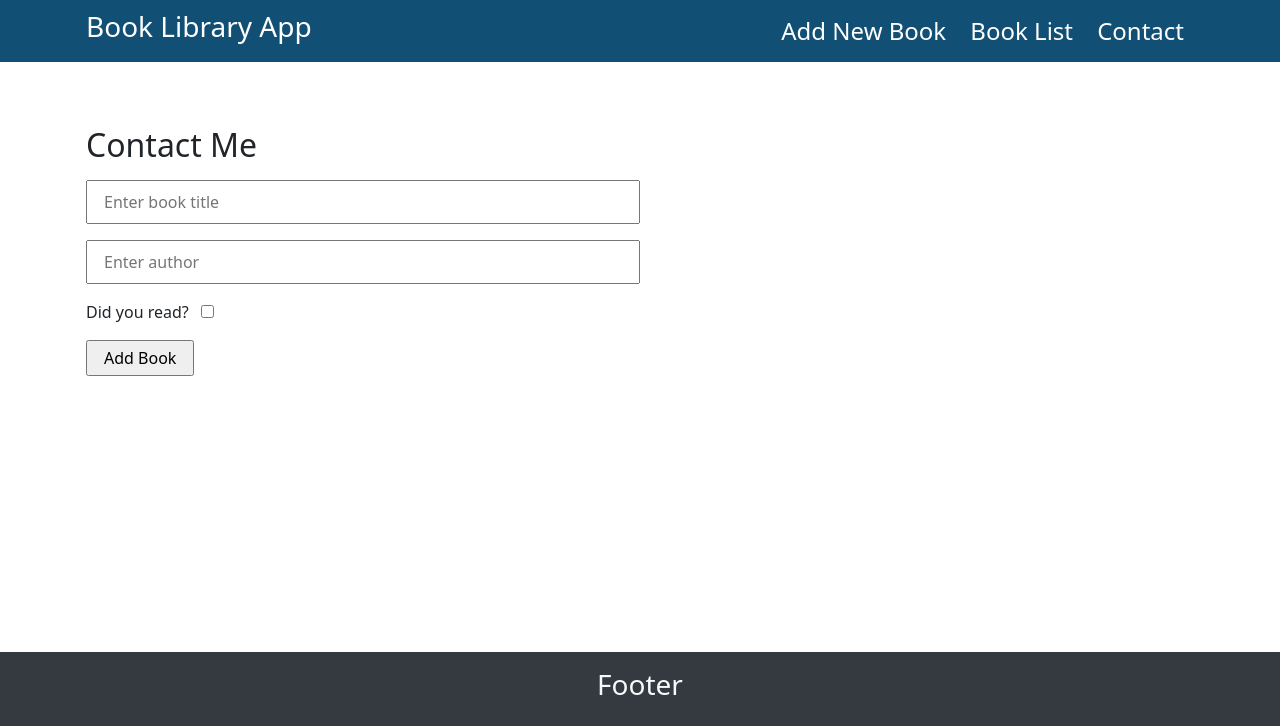
Repository: just-mann/booklibrary-app
Page: http://localhost/contact
These files come from the project's save history. The page is drawn as it stood at one moment and after the next save; the edit follows.
The browser window is 1280 px wide. The pictures show the whole page.
The page is served by the project's Node server (app.js).

Above is the page before, as saved 2021-06-06 04:12:53.

After the next save:
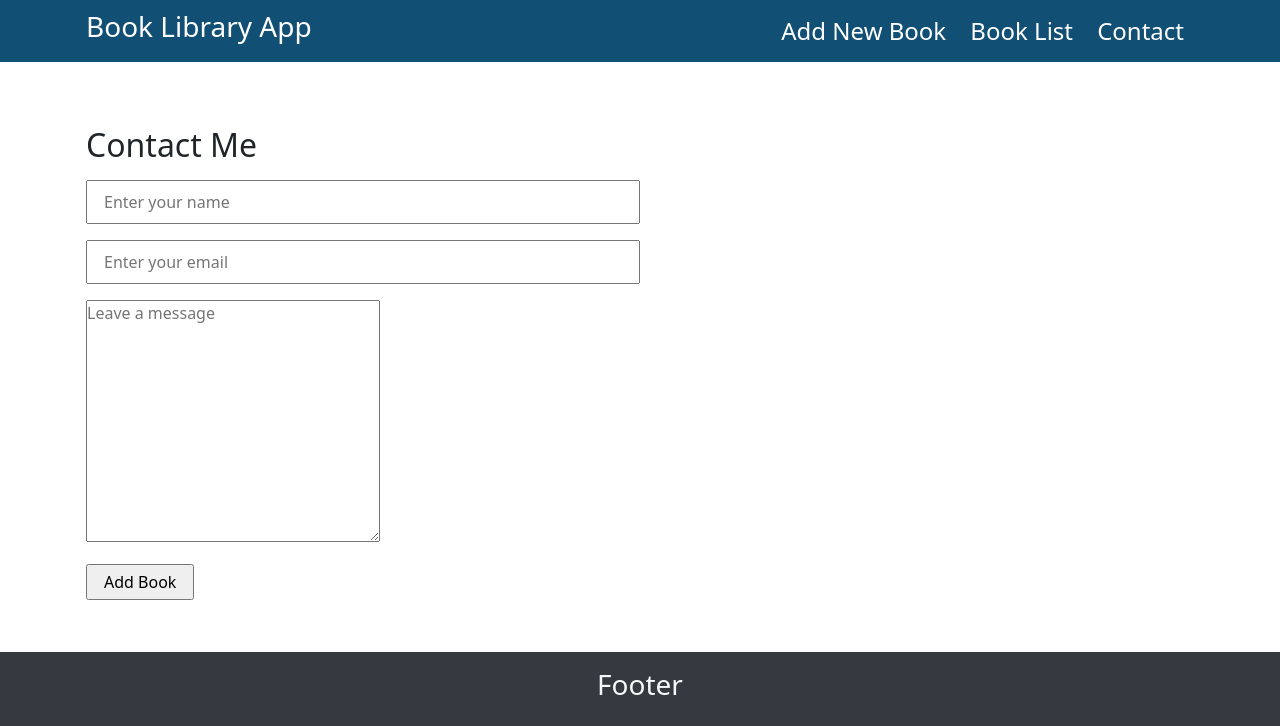
Saved 70 s later.
--- a/views/contact.ejs
+++ b/views/contact.ejs
@@ -8,14 +8,13 @@
             <form class="px-0">
               <h2>Contact Me</h2>
                 <div class="my-3">
-                  <input class="px-3 py-2 title w-100" type="text" name="title" id="title" placeholder="Enter book title">
+                  <input class="px-3 py-2 title w-100" type="text" name="title" id="title" placeholder="Enter your name">
                 </div>
                 <div class="my-3">
-                  <input class="px-3 py-2 author w-100" type="text" name="author" id="author" placeholder="Enter author">
+                  <input class="px-3 py-2 author w-100" type="text" name="author" id="author" placeholder="Enter your email">
                 </div>
                 <div class="my-3">
-                  <label for="isRead" class="mr-2">Did you read?</label>
-                  <input class="px-3 py-2 isRead" type="checkbox" name="isRead" id="isRead">
+                  <textarea name="message" id="" cols="30" rows="10" placeholder="Leave a message"></textarea>
                 </div>
                 <div class="my-3">
                   <input class="px-3 py-1 submitBtn" type="submit" value="Add Book">
